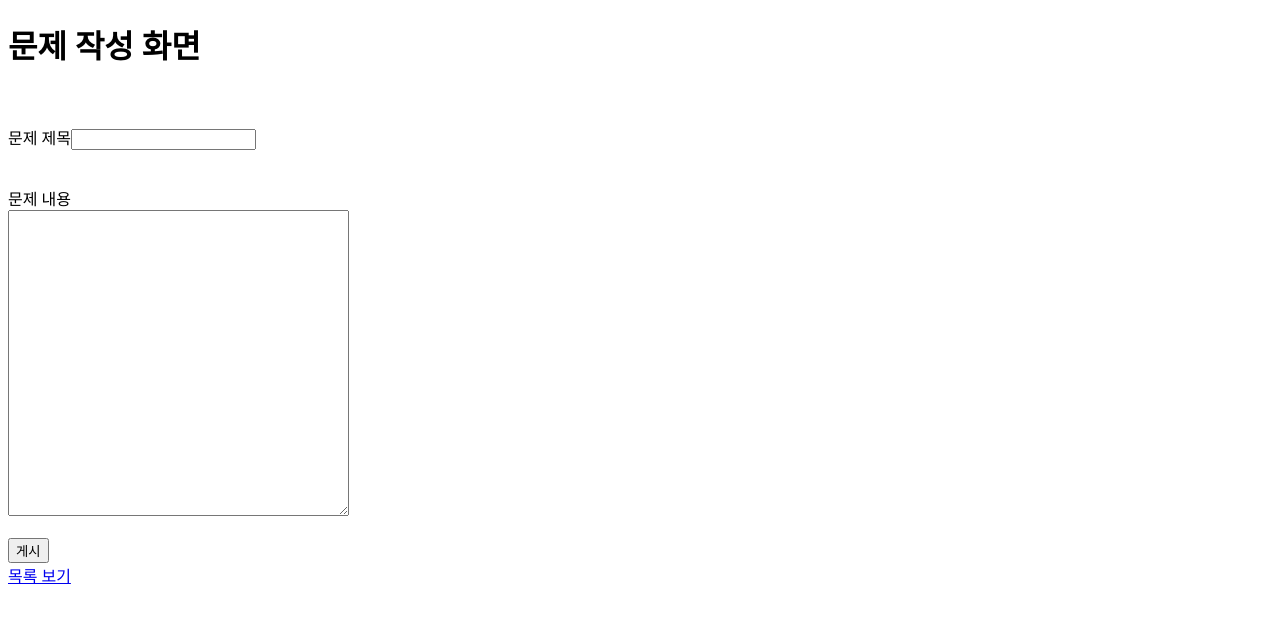
Repository: ryuhm48/Opensource-Project05
Page: http://localhost/Problems/Problems/ProblemWrite.jsp
These files come from the project's save history. The page is drawn as it stood at one moment and after the next save; the edit follows.
The browser window is 1280 px wide. The pictures show the whole page.
The page is served by Tomcat 9. Other server files are loaded and not shown.

Above is the page before, as saved 2019-06-02 01:25:26.

### 문제 풀이 제출 추가/Problems/WebContent/Problems/ProblemWrite.jsp
<%@ page language="java" contentType="text/html; charset=UTF-8"
pageEncoding="UTF-8"%>

<!DOCTYPE html PUBLIC "-//W3C//DTD HTML 4.01Transitional//EN" "http://www.w3.org/TR/html4/loose.dtd">
<html>
<head>
<meta http-equiv="Content-Type" content = text/html; charset="UTF-8">
<title>문제 작성</title>
</head>
<body>
	<h1>문제 작성 화면</h1>

	<form action = "write.do" method = "post">
		<input type = "text" name = "studyNum" style = "display : none;"><br/>
		<input type = "text" name = "problemNum2" style = "display : none;"><br/>
		문제 제목<input type = "text" name = "problemName"><br/>
		<input type = "text" name = "problemLanguage" style = "display : none;"><br/>
		<input type = "text" name = "writerName" style = "display : none;"><br/>
		문제 내용<br/><textarea name = "problemContent" rows="20" cols="40"></textarea><br/><br/>
		<input type = "submit" value = "게시"></br>
	</form>

	<a href="list.do">목록 보기</a>

</body>
</html>

After the next save:
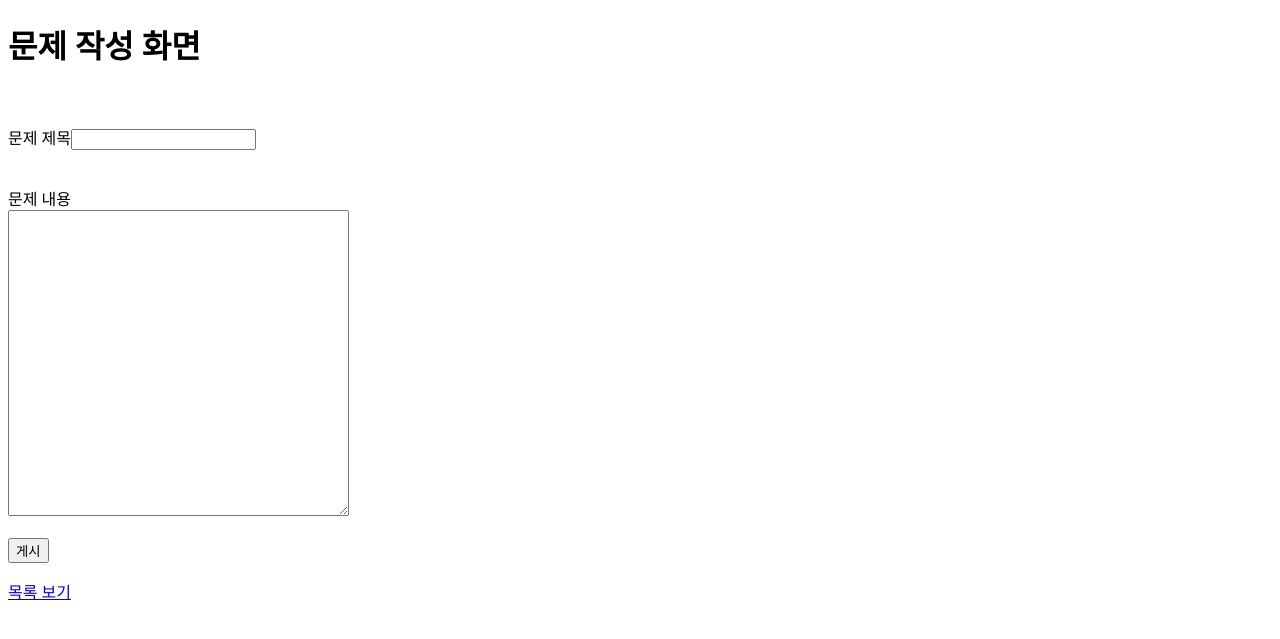
Saved 20 s later.
--- a/문제 풀이 제출 추가/Problems/WebContent/Problems/ProblemWrite.jsp
+++ b/문제 풀이 제출 추가/Problems/WebContent/Problems/ProblemWrite.jsp
@@ -20,7 +20,7 @@ pageEncoding="UTF-8"%>
 		<input type = "submit" value = "게시"></br>
 	</form>
 
-	<a href="list.do">목록 보기</a>
+	<p><a href="list.do">목록 보기</a></p>
 
 </body>
 </html>
